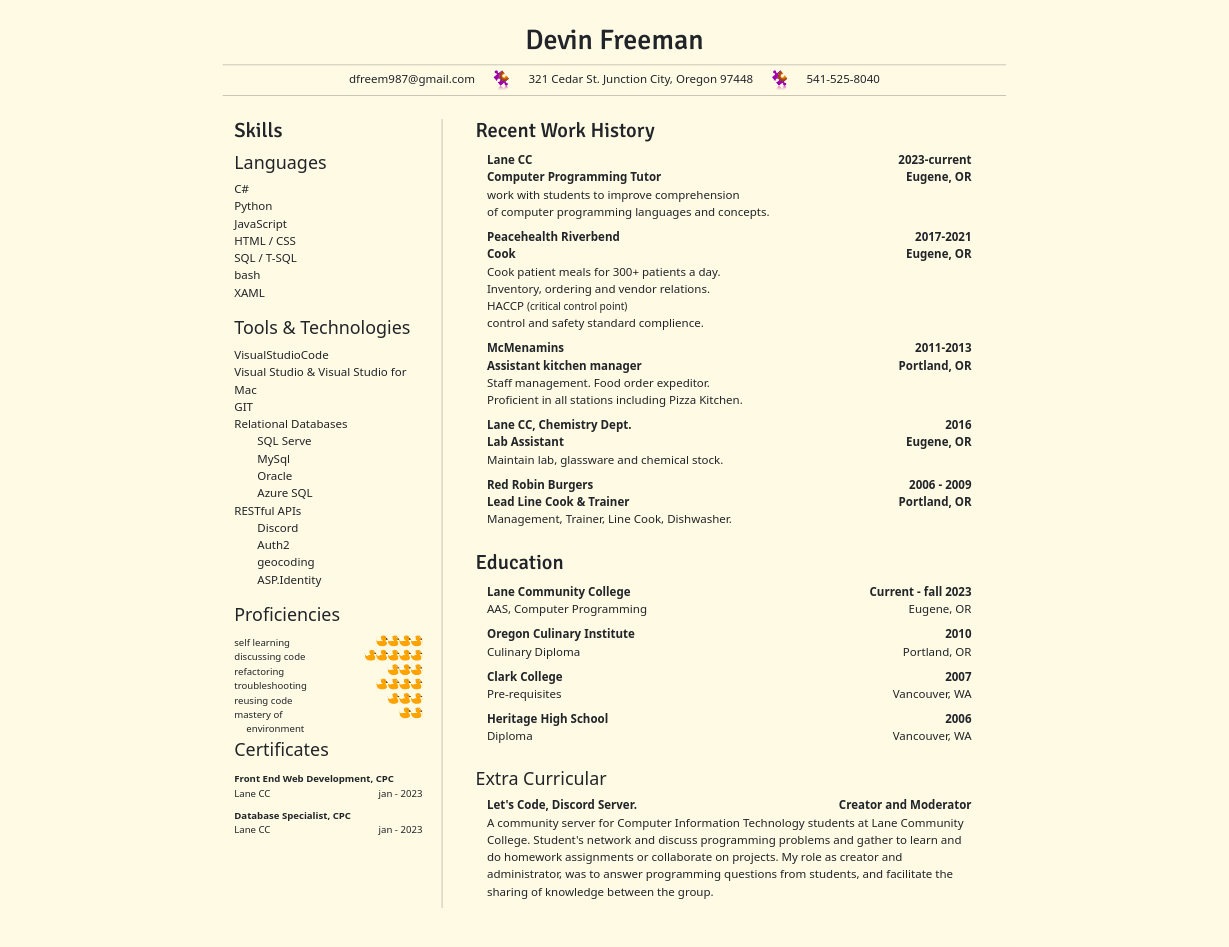
Repository: Dfreem/Resume
Page: index.html
The author's editor kept a copy of each file at every save. The page is drawn from the files as they stood at one save, then again after the next save.
The browser window is 1280 px wide. The pictures show the whole page, at 96% of full size.

Above is the page before, as saved 2023-02-12 20:39:35.

### index.html
<!DOCTYPE html>
<html lang="en">

<head>
    <meta charset="UTF-8">
    <meta http-equiv="X-UA-Compatible" content="IE=edge">
    <meta name="viewport" content="width=device-width, initial-scale=1.0">
    <link href="https://cdn.jsdelivr.net/npm/bootstrap@5.3.0-alpha1/dist/css/bootstrap.min.css" rel="stylesheet"
        integrity="sha384-GLhlTQ8iRABdZLl6O3oVMWSktQOp6b7In1Zl3/Jr59b6EGGoI1aFkw7cmDA6j6gD" crossorigin="anonymous">
    <link href="resume.css" rel="stylesheet" />
    <title>Devin Freeman</title>
</head>

<body>

    <h1>Devin Freeman</h1>
    <hr />

    <!-- ========= banner ========= -->

    <div class="personal-info">
        dfreem987@gmail.com
        &emsp;
        <span><img src="puzzle.png" class="puzzle-piece"></img></span>
        &emsp;
        321 Cedar St. Junction City, Oregon 97448
        &emsp;
        <span><img src="puzzle.png" class="puzzle-piece"></img></span>
        &emsp;
        541-525-8040
        <!-- &nbsp;freemand@my.lanecc.edu -->
    </div>
    <hr />
    <!-- ========= Skills start ========= -->

    <div class="hstack">
        <div class="vstack skill-stack">
            <h2>Skills</h2>

            <!-- ========= programming language list ========= -->

            <ul class="langs">
                <div class="d-flex flex-row flex-nowrap">
                    <h3>Languages</h3>
                </div>
                <li class="d-flex flex-row flex-nowrap">
                    C#</li>
                <li class="d-flex flex-row flex-nowrap">
                    Python</li>
                <li class="d-flex flex-row flex-nowrap">
                    JavaScript</li>
                <li class="d-flex flex-row flex-nowrap">
                    HTML / CSS</li>
                <li class="d-flex flex-row flex-nowrap">
                    SQL / T-SQL</li>
                <li class="d-flex flex-row flex-nowrap">
                    bash</li>
                <li class="d-flex flex-row flex-nowrap">
                    XAML</li>
            </ul>
            <ul>
                <div:d-flex:flex-row>
                    <h3>
                        Tools & Technologies
                    </h3>
                    <li>
                        VisualStudioCode
                    </li>
                    <li>Visual Studio & Visual Studio for Mac</li>
                    <li>GIT</li>
                    <li>
                        <ul>
                            Relational Databases
                            <li class="ms-4">SQL Serve</li>
                            <li class="ms-4">MySql</li>
                            <li class="ms-4">Oracle</li>
                            <li class="ms-4">Azure SQL</li>
                        </ul>
                    </li>
                    <li>
                        <ul>
                            RESTful APIs
                            <li class="ms-4">Discord</li>
                            <li class="ms-4">Auth2</li>
                            <li class="ms-4">geocoding</li>
                            <li class="ms-4">ASP.Identity</li>

                        </ul>
                    </li>
                    <li>

                    </li>
                    <li>

                    </li>
                </div:d-flex:flex-row>
            </ul>

            <!-- ========= Soft Skills ========= -->

            <h3>Proficiencies</h3>
            <ul class="profs me-2">
                <li class="d-flex flex-row flex-nowrap">
                    self learning<div class="push-right four"></div>
                </li>
                <li class="d-flex flex-row flex-nowrap">
                    discussing code<div class="push-right five"></div>
                </li>
                <li class="d-flex flex-row flex-nowrap">
                    refactoring<div class="push-right three"></div>
                </li>
                <li class="d-flex flex-row flex-nowrap">
                    troubleshooting<div class="push-right four"></div>
                </li>
                <li class="d-flex flex-row flex-nowrap">
                    reusing code<div class="push-right three"></div>
                </li>
                <li class="d-flex flex-row flex-nowrap">
                    mastery of <br />&emsp; environment<div class="push-right two">
                    </div>
                </li>
            </ul>

            <!-- ========= Certifications ========= -->

            <h3>Certificates</h3>
            <dl class="profs me-2">
                <dt>Front End Web Development, CPC</dt>
                <dd class="d-flex flex-row flex-nowrap">Lane CC<div class="push-right">jan - 2023</div>
                </dd>

                <dt>Database Specialist, CPC </dt>
                <dd class="d-flex flex-row flex-nowrap">Lane CC<div class="push-right">jan - 2023</div>
                </dd>
            </dl>

            <!-- ========= Professional References ========= -->

            <!-- <hr class="my-3" />
            <h3>References</h3>
            <dl class="profs me-2">
                <dt class="d-flex flex-row flex-nowrap">
                    Bryce Fisher
                    <div class="push-right">
                        Lane CC, 2022
                    </div>
                </dt>
                <dd>
                    <b>collaborator / school colleague</b><br />
                    360-913-4165 <br />
                    bryce.e.fisher@gmail.com.
                </dd>
            </dl>

            <dl class="profs me-2">
                <dt class="d-flex flex-row flex-nowrap">
                    Ben Wilson
                    <div class="push-right">
                        Lane CC, 2022
                    </div>
                </dt>
                <dd>
                    <b>school colleague / tutee</b><br />
                    541-870-0555<br />
                    benosliw@gmail.com
                </dd>
            </dl>

            <dl class="profs me-2">
                <dt class="d-flex flex-row flex-nowrap">
                    Paul Frost
                    <div class="push-right">
                        Lane CC, 2022
                    </div>
                </dt>
                <dd>
                    <b>school colleague / tutee</b><br />
                    458-210-0711<br />
                    workpaulfrost@gmail.com<br />

                </dd>
            </dl> -->
        </div>
        <div class="vr my-4"></div>
        <div class="vstack work-stack">

            <!-- ========= Most Recent Work History ========= -->

            <dl class="work-history mt-4">
                <h2> Recent Work History</h2>

                <!-- ========== work history slot 1 ========== -->

                <div class="container work-container">
                    <dt class="d-flex flex-nowrap flex-row">
                        Lane CC
                        <br />
                        Computer Programming Tutor
                        <div class="push-right">
                            2023-current
                            <br />
                            Eugene, OR
                        </div>
                    </dt>
                    <dd class="ed-details">
                        work with students to improve comprehension <br /> of computer programming languages and
                        concepts.
                    </dd>
                </div>

                <!-- ========== work history slot 2 ========== -->
                <div class="container work-container">
                    <dt class="d-flex flex-nowrap flex-row">
                        Peacehealth Riverbend
                        <br />
                        Cook
                        <div class="push-right">
                            2017-2021
                            <br />
                            Eugene, OR
                        </div>
                    </dt>
                    <dd class="ed-details">
                        Cook patient meals for 300+ patients a day. <br />
                        Inventory, ordering and vendor relations. <br />
                        HACCP <small>(critical control point)</small><br />
                        control and safety standard complience. <br />
                    </dd>
                </div>

                <!-- ========== work history slot 3 ========== -->

                <div class="container work-container">
                    <dt class="d-flex flex-nowrap flex-row">
                        McMenamins
                        <br />
                        Assistant kitchen manager
                        <div class="push-right">
                            2011-2013
                            <br />
                            Portland, OR
                            <br />
                        </div>
                    </dt>
                    <dd class="ed-details">
                        Staff management. Food order expeditor. <br />
                        Proficient in all stations including Pizza Kitchen.
                    </dd>
                </div>

                <!-- ========== work history slot 3 ========== -->

                <div class="container work-container">
                    <dt class="d-flex flex-nowrap flex-row">
                        Lane CC, Chemistry Dept.
                        <br />
                        Lab Assistant
                        <div class="push-right">
                            2016
                            <br />
                            Eugene, OR
                        </div>
                    </dt>
                    <dd class="ed-details">Maintain lab, glassware and chemical stock.</dd>
                </div>

                <!-- ========== work history slot 4 ========== -->

                <div class="container work-container">
                    <dt class="d-flex flex-nowrap flex-row">
                        Red Robin Burgers
                        <br />
                        Lead Line Cook & Trainer
                        <div class="push-right">
                            2006 - 2009
                            <br />
                            Portland, OR
                        </div>

                    </dt>
                    <dd class="ed-details">Management, Trainer, Line Cook, Dishwasher.</dd>
                </div>
            </dl>

            <!-- ========== Education Start ========== -->

            <dl class="education">
                <h2>Education</h2>

                <!-- ========== Education slot 1 ========== -->

                <div class="container work-container">
                    <dt class="d-flex flex-nowrap flex-row">
                        <div class="ed-title">Lane Community College</div>
                        <div class="push-right">Current - fall 2023</div>
                    </dt>
                    <dd class="d-flex flex-nowrap flex-row">
                        <div class="ed-title">AAS, Computer Programming </div>
                        <span class="push-right"> Eugene, OR </span>
                    </dd>
                </div>

                <!-- ========== Education slot 2 ========== -->

                <div class="container work-container">
                    <dt class="d-flex flex-nowrap flex-row">
                        <div class="ed-title">Oregon Culinary Institute</div>
                        <span class="push-right">2010</span>
                    </dt>
                    <dd class="d-flex flex-nowrap flex-row">
                        <div class="ed-title">Culinary Diploma</div>
                        <span class="push-right">Portland, OR</span>
                    </dd>
                </div>

                <!-- ========== Education slot 3 ========== -->

                <div class="container work-container">
                    <dt class="d-flex flex-nowrap flex-row">
                        <div class="ed-title">Clark College</div>
                        <span class="push-right">2007</span>
                    </dt>
                    <dd class="d-flex flex-nowrap flex-row">
                        <div class="ed-title">Pre-requisites</div>
                        <span class="push-right">Vancouver, WA</span>
                    </dd>
                </div>

                <!-- ========== Education slot 4 ========== -->

                <div class="container work-container">
                    <dt class="d-flex flex-nowrap flex-row">
                        <div class="ed-title">Heritage High School</div>
                        <span class="push-right">2006</span>
                    </dt>
                    <dd class="d-flex flex-nowrap flex-row">
                        <div class="ed-title">Diploma</div>
                        <span class="push-right">Vancouver, WA</span>
                    </dd>
                </div>
            </dl>

            <!-- ========= Extra Curricular activities ========= -->

            <dl class="extra">
                <h3>Extra Curricular</h3>
                <div class="container work-container">
                    <dt class="d-flex flex-nowrap flex-row">
                        <div class="ed-title">Let's Code, Discord Server.</div>
                        <span class="push-right"> Creator and Moderator</span>
                    </dt>
                    <dd>
                        <p>
                            A community server for Computer Information Technology students
                            at Lane Community College. Student's network and discuss programming problems and gather
                            to learn and do homework assignments or collaborate on projects. My role as creator and
                            administrator, was to answer programming questions from students, and facilitate the sharing
                            of knowledge between the group.
                        </p>
                    </dd>
                </div>
            </dl>
        </div>
    </div>
    <dl class="d-grid container">
        <div class="row">

    </dl>
    </div>

</body>
<script src="https://cdn.jsdelivr.net/npm/bootstrap@5.3.0-alpha1/dist/js/bootstrap.bundle.min.js"
    integrity="sha384-w76AqPfDkMBDXo30jS1Sgez6pr3x5MlQ1ZAGC+nuZB+EYdgRZgiwxhTBTkF7CXvN"
    crossorigin="anonymous"></script>

</html>

### resume.css
@import url('https://fonts.googleapis.com/css2?family=Raleway:ital,wght@0,500;0,700;0,800;1,500&family=Signika:wght@400;500;700&display=swap');

/*
font-family: 'Raleway', sans-serif;
font-family: 'Signika', sans-serif;
*/
body {
    /* padding-inline: 0.5in; */
    padding-block-start: 2em;
    margin: auto;
    max-width: 8.5in;
    min-width: 8.5in;
    max-height: 11in;
    font-size: 12px;
    background-color: rgb(255, 250, 228);
}

.personal-info {
    text-align: center;
    margin-bottom: 0;
}

h1 {
    font-family: 'Signika', sans-serif;
    text-align: center;
    font-size: 22pt;
    letter-spacing: 105%;
}

h2 {
    font-family: 'Signika', sans-serif;
    font-size: 16pt;
    margin-block-start: 0;
}

h3 {
    font-size: 14pt;
    width: fit-content;
}

h4 {
    font-size: 13pt;
}

.puzzle-piece {
    width: 1.6em;
    margin-block: .3em;
}

.work-history {
    width: 90%;
    align-self: flex-end;
    margin-inline-end: 2em;
}

.education {
    align-self: flex-end;
    margin-inline-end: 2em;
    width: 90%;
    margin-block-start: 0em;
}

.skill-stack {
    min-width:25%;
    margin-inline:1em;
    margin-block-end: 1em;
    margin-top: 2em;
    /* background-color: chartreuse; */
}

.push-right {
    margin-inline-start: auto;
    text-align: end;
}

.profs {
    font-size: 10px;
    margin-block: .3em;
}

.extra {
    align-self: flex-end;
    margin-inline-end: 2em;
    width: 90%;
    margin-block-start: 0em;
}

.five {
    background-image: url("ducky.png");
    background-size: 12px;
    background-repeat: repeat-x;
    width:60px;
 }

.four {
    background-image: url("ducky.png");
    background-size: 12px;
    background-repeat: repeat-x;
    width:48px;
    /* background-position: ; */
}

.three {
    background-image: url("ducky.png");
    background-size: 12px;
    background-repeat: repeat-x;
    width:36px;
 }
.two {
    background-image: url("ducky.png");
    background-size: 12px;
    background-repeat: repeat-x;
    width:24px;
 }


hr {
    margin-block: 0;
}

ul {
    padding-Inline: 0;
}

li {
    list-style: none;
}

After the next save:
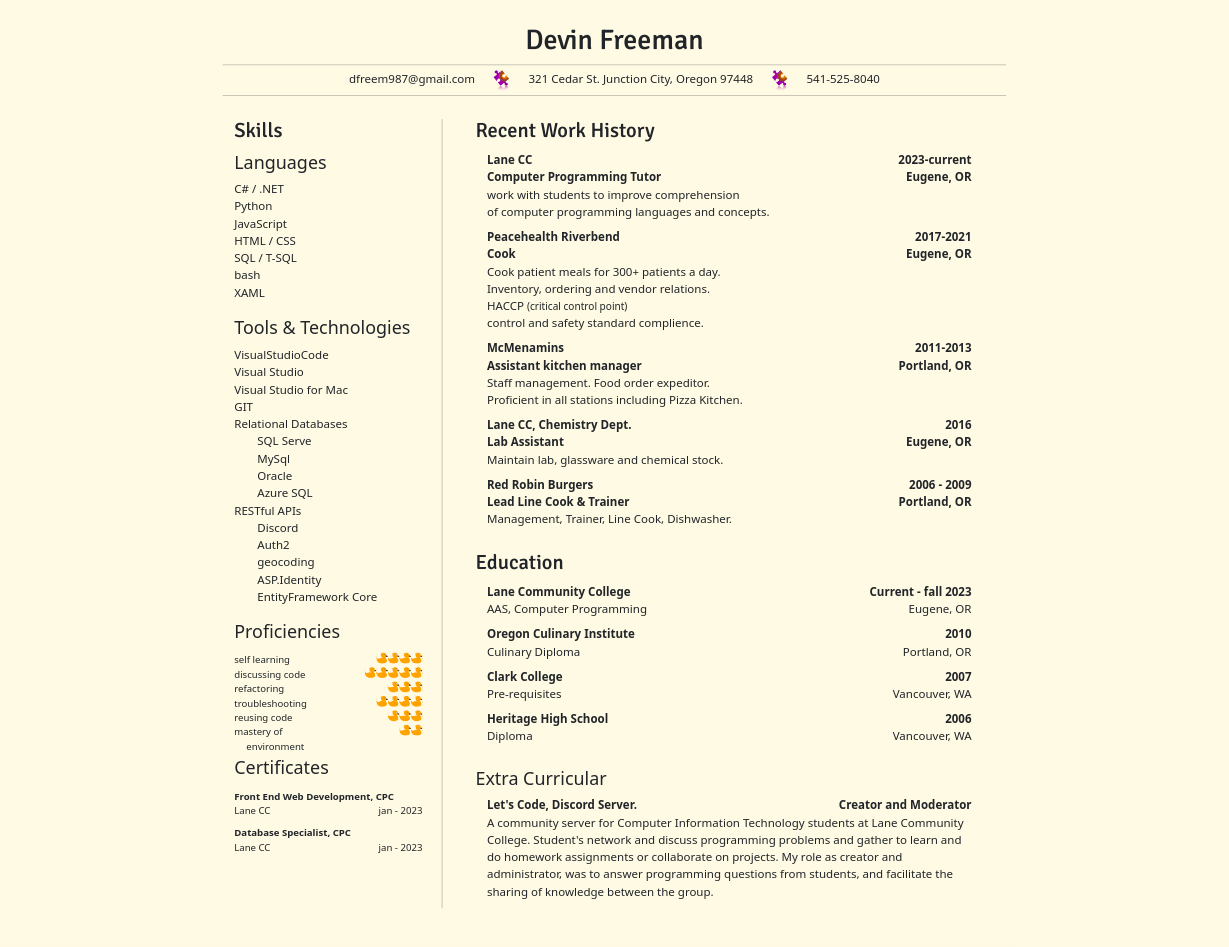
Saved 2 min 44 s later.
--- a/index.html
+++ b/index.html
@@ -44,7 +44,7 @@
                     <h3>Languages</h3>
                 </div>
                 <li class="d-flex flex-row flex-nowrap">
-                    C#</li>
+                    C# / .NET</li>
                 <li class="d-flex flex-row flex-nowrap">
                     Python</li>
                 <li class="d-flex flex-row flex-nowrap">
@@ -63,10 +63,10 @@
                     <h3>
                         Tools & Technologies
                     </h3>
-                    <li>
-                        VisualStudioCode
-                    </li>
-                    <li>Visual Studio & Visual Studio for Mac</li>
+                    <li>VisualStudioCode
+                    </li>
+                    <li>Visual Studio</li>
+                    <li>Visual Studio for Mac</li>
                     <li>GIT</li>
                     <li>
                         <ul>
@@ -84,6 +84,7 @@
                             <li class="ms-4">Auth2</li>
                             <li class="ms-4">geocoding</li>
                             <li class="ms-4">ASP.Identity</li>
+                            <li class="ms-4">EntityFramework Core</li>
 
                         </ul>
                     </li>
